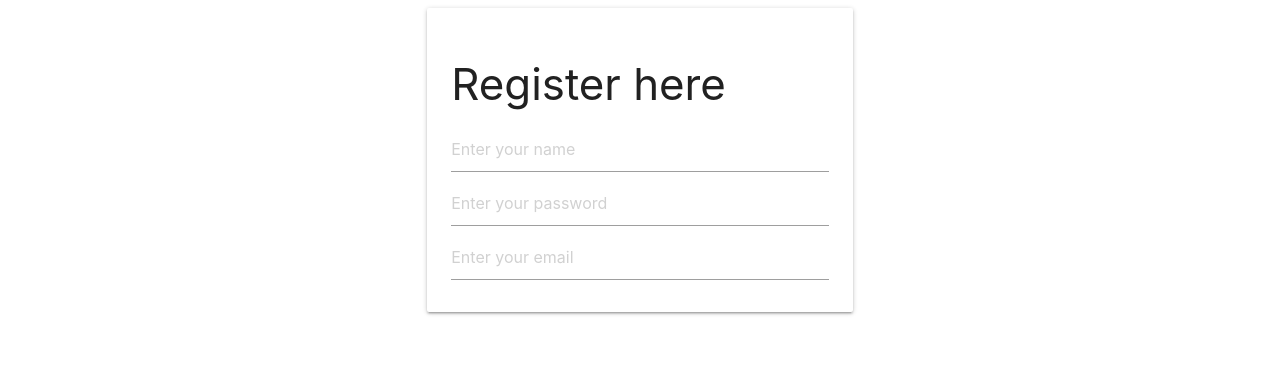
Repository: Attishgawali/JavaServletAndJSP
Page: http://localhost/Register/signup.jsp
An editor plug-in stored every save of this project. The page is shown before and after the next save, followed by the edit.
The browser window is 1280 px wide. The pictures show the whole page.
The page is served by Tomcat 9.

Above is the page before, as saved 2023-07-06 11:27:13.

### Register/src/main/webapp/signup.jsp
<%@ page language="java" contentType="text/html; charset=UTF-8"
	pageEncoding="UTF-8"%>
<!DOCTYPE html>
<html>
<head>
<meta charset="UTF-8">
<title>Insert title here</title>
<!-- Compiled and minified CSS -->
<link rel="stylesheet"
	href="https://cdnjs.cloudflare.com/ajax/libs/materialize/1.0.0/css/materialize.min.css">

<!-- Compiled and minified JavaScript -->
<script
	src="https://cdnjs.cloudflare.com/ajax/libs/materialize/1.0.0/js/materialize.min.js"></script>
</head>
<body>
	<div class="container">
		<div class="row">
			<div class="col m6 offset-m3">
				<div class="card">
					<div class="card-content">
						<h3>Register here</h3>
						<div class="form">
							<form action="register" method="post">
								<input type="text" name="username" placeholder="Enter your name">
								<input type="password" name="userpassword" placeholder="Enter your password">
								<input type="email" name="useremail" placeholder="Enter your email">
							</form>
						</div>

						<div class="loader">

						</div>
					</div>
				</div>
			</div>
		</div>
	</div>
</body>
</html>

After the next save:
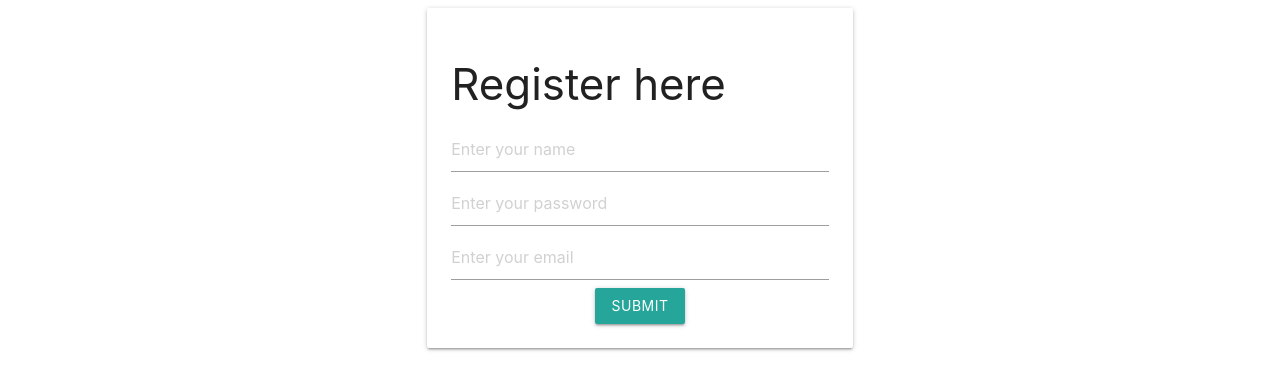
Saved 80 s later.
--- a/Register/src/main/webapp/signup.jsp
+++ b/Register/src/main/webapp/signup.jsp
@@ -20,11 +20,13 @@
 				<div class="card">
 					<div class="card-content">
 						<h3>Register here</h3>
-						<div class="form">
+						<div class="form center-align">
 							<form action="register" method="post">
 								<input type="text" name="username" placeholder="Enter your name">
 								<input type="password" name="userpassword" placeholder="Enter your password">
 								<input type="email" name="useremail" placeholder="Enter your email">
+
+								<button type="submit" class="btn">Submit</button>
 							</form>
 						</div>
 
